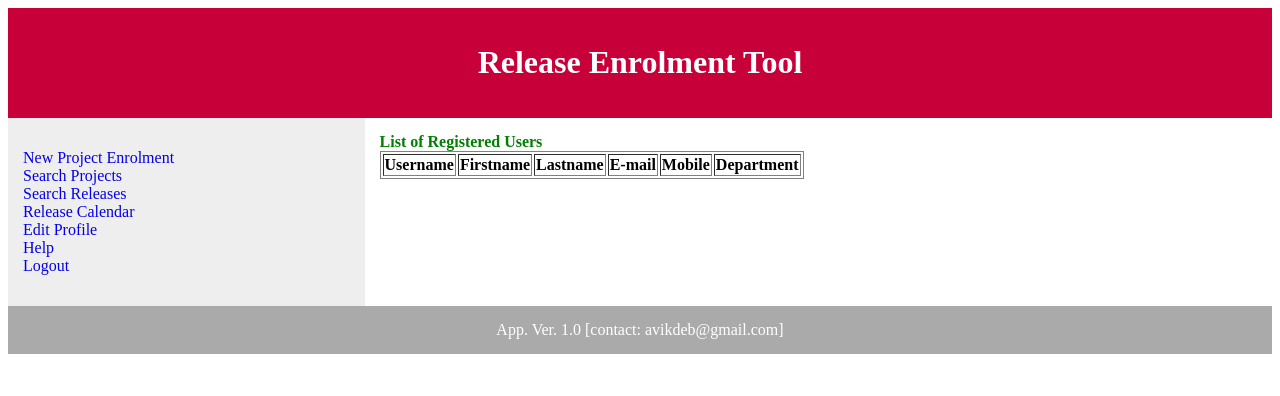
Repository: guribrar/enrolmentapp
Page: http://localhost/enrolmentapp/testlogin.jsp
These files come from the project's save history. The page is drawn as it stood at one moment and after the next save; the edit follows.
The browser window is 1280 px wide. The pictures show the whole page.
The page is served by Tomcat 9. Queries for data that is not in the repository find no rows.

Above is the page before, as saved 2016-12-31 14:54:31.

After the next save:
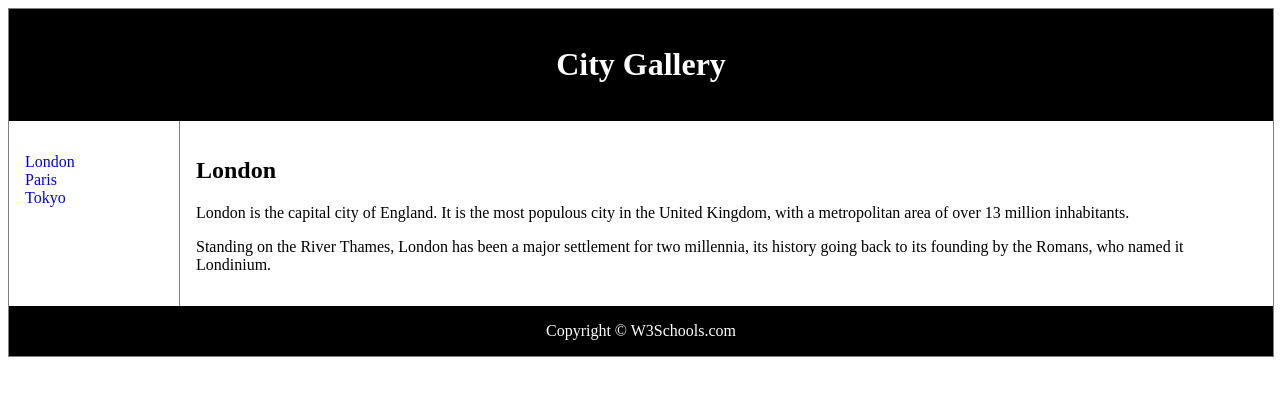
Saved 2 min 8 s later.
--- a/enrolmentapp/WebContent/testlogin.jsp
+++ b/enrolmentapp/WebContent/testlogin.jsp
@@ -5,97 +5,70 @@
 <%@ taglib uri="http://java.sun.com/jsp/jstl/core" prefix="c" %>
 
 <!DOCTYPE html>
-
-<sql:query var="rs" dataSource="jdbc/enrolmentapp">
-	select * from enrolmentapp.user
-</sql:query>
-
 <html>
 <head>
 <style>
-.flex-container {
-    display: -webkit-flex;
-    display: flex;
-    -webkit-flex-flow: row wrap;
-    flex-flow: row wrap;
+div.container {
+    width: 100%;
+    border: 1px solid gray;
+}
+
+header, footer {
+    padding: 1em;
+    color: white;
+    background-color: black;
+    clear: left;
     text-align: center;
 }
 
-.flex-container > * {
-    padding: 15px;
-    -webkit-flex: 1 100%;
-    flex: 1 100%;
+nav {
+    float: left;
+    max-width: 160px;
+    margin: 0;
+    padding: 1em;
 }
 
-.content {
-    text-align: left;
-}
-
-header {background: #C70039;color:white;}
-footer {background: #aaa;color:white;}
-.nav {background:#eee;}
-
-.nav ul {
+nav ul {
     list-style-type: none;
     padding: 0;
 }
-.nav ul a {
+
+nav ul a {
     text-decoration: none;
 }
 
-@media all and (min-width: 768px) {
-    .nav {text-align:left;-webkit-flex: 1 auto;flex:1 auto;-webkit-order:1;order:1;}
-    .content {-webkit-flex:5 0px;flex:5 0px;-webkit-order:2;order:2;}
-    footer {-webkit-order:3;order:3;}
+article {
+    margin-left: 170px;
+    border-left: 1px solid gray;
+    padding: 1em;
+    overflow: hidden;
 }
 </style>
 </head>
 <body>
 
-<div class="flex-container">
+<div class="container">
+
 <header>
-  <h1>Release Enrolment Tool</h1>
+   <h1>City Gallery</h1>
 </header>
 
-<nav class="nav">
-<ul>
-  <li><a href="#">New Project Enrolment</a></li>
-  <li><a href="#">Search Projects</a></li>
-  <li><a href="#">Search Releases</a></li>
-  <li><a href="#">Release Calendar</a></li>
-  <li><a href="#">Edit Profile</a></li>
-  <li><a href="#">Help</a></li>
-  <li><a href="#">Logout</a></li>
-</ul>
+<nav>
+  <ul>
+    <li><a href="#">London</a></li>
+    <li><a href="#">Paris</a></li>
+    <li><a href="#">Tokyo</a></li>
+  </ul>
 </nav>
 
-<article class="content">
-<font color="green"><b>List of Registered Users</b></font>
-<table frame="box" border="1">
-	<tr>
-		<th>Username</th>
-		<th>Firstname</th>
-		<th>Lastname</th>
-		<th>E-mail</th>
-		<th>Mobile</th>
-		<th>Department</th>
-	</tr>
-	<c:forEach var="row" items="${rs.rows}">
-	<tr>
-		<td>${row.username}</td>
-		<td>${row.firstname}</td>
-		<td>${row.lastname}</td>
-		<td>${row.email}</td>
-		<td>${row.mobile}</td>
-		<td>${row.department}</td>
-	</tr>
-	</c:forEach>
-</table>
-
-
+<article>
+  <h1>London</h1>
+  <p>London is the capital city of England. It is the most populous city in the  United Kingdom, with a metropolitan area of over 13 million inhabitants.</p>
+  <p>Standing on the River Thames, London has been a major settlement for two millennia, its history going back to its founding by the Romans, who named it Londinium.</p>
 </article>
 
-<footer>App. Ver. 1.0 [contact: avikdeb@gmail.com]</footer>
+<footer>Copyright &copy; W3Schools.com</footer>
+
 </div>
 
 </body>
